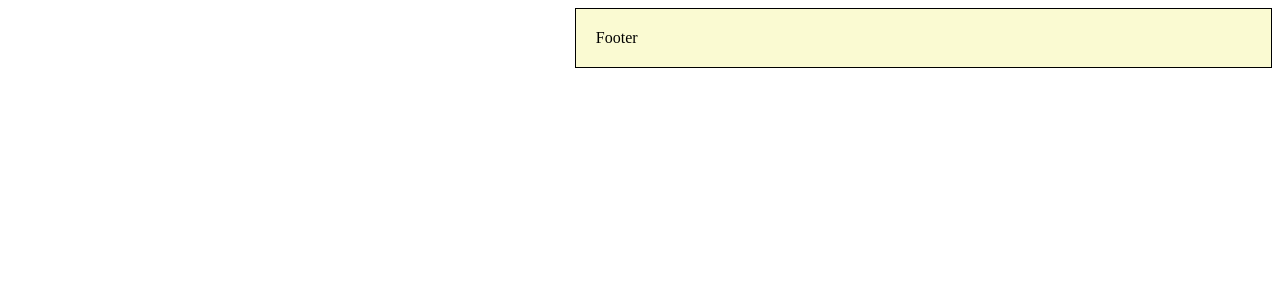
Repository: gustavotwist/desafio-grid
Page: assets/index.html
These files come from the project's save history. The page is drawn as it stood at one moment and after the next save; the edit follows.
The browser window is 1280 px wide. The pictures show the whole page.

Above is the page before, as saved 2024-08-13 18:41:47.

After the next save:
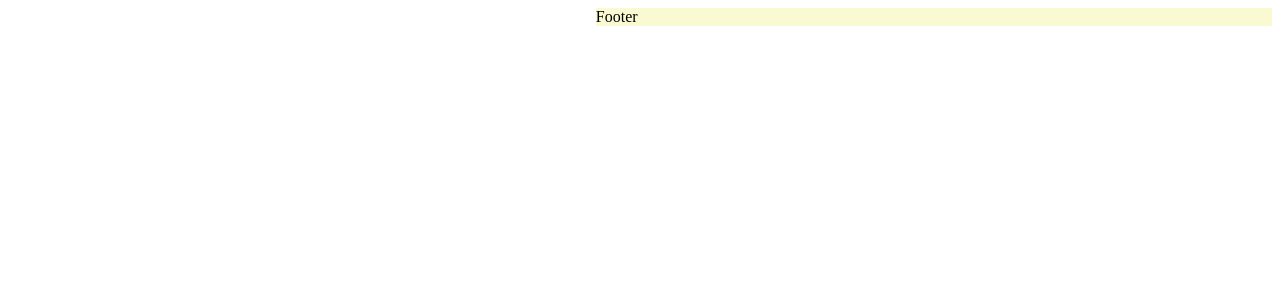
Saved 55 s later.
--- a/assets/css/style.css
+++ b/assets/css/style.css
@@ -26,9 +26,3 @@
     grid-area: footer;
     background-color: lightgoldenrodyellow;
 }
-
-/* Apenas para melhor visualização */
-header, main, aside, footer {
-    padding: 20px;
-    border: 1px solid #000;
-}
